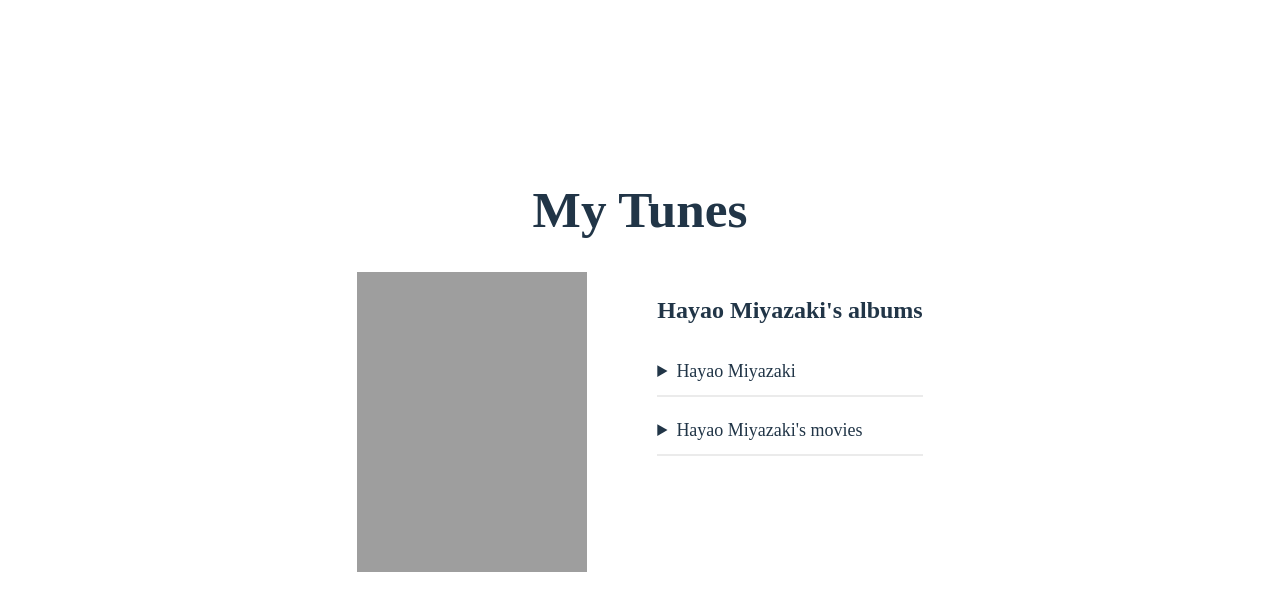
Repository: SamanthaYan298/my_app
Page: /
An editor plug-in stored every save of this project. The page is shown before and after the next save, followed by the edit.
The browser window is 1280 px wide. The pictures show the whole page.
Pictures or frames that could not be fetched are drawn as grey boxes. The project was rebuilt for these pictures with package versions that can differ from the ones it lists, and the page was loaded fresh each time. Also part of the build but not shown: vite.config.js.

Above is the page before, as saved 2024-09-14 14:57:30.

### src/App.jsx
import './App.css';

function App() {

  return (
    <>
      <div className='title'>
        <h1>My Tunes</h1>
        <div className="all">
        <div className='photo'>
          <img src="https://www.hollywoodreporter.com/wp-content/uploads/2013/09/hayao_miyazaki_-_h_-_2013.jpg?w=1024" alt="Hayao Miyazaki" height={300} width={230}/>
        </div>
        <div>
          <h2>Hayao Miyazaki's albums</h2>
          <details className='categories'>
            <summary>Hayao Miyazaki</summary>
            <ol>
              <li>Japanese animator</li>
              <li>Filmmaker</li>
              <li>Manga artist</li>
              <li>A founder of Studio Ghibli</li>
              <li>Oscar awards: 89 wins & 62 nominations</li>
            </ol>
          </details>
          <details className='categories'>
            <summary className='open'>Hayao Miyazaki's movies</summary>
            <ol>
              <li>Castle in the Sky</li>
              <li>Kiki's Delivery Service</li>
              <li>Howl's Moving Castle</li>
              <li>Princess Mononoke</li>
              <li>Spirited Away</li>
            </ol>
          </details>
        </div>
      </div>
      </div>
    </>
  )
}

export default App

### src/App.css
#root {
  margin: 0 auto;
  padding: 2rem;
  text-align: left;
  font-family: "PT Serif", serif;
  font-weight: 400;
  font-style: normal;;
}

.photo,
.all {
  display: flex;
  flex-direction: row;
  justify-content: space-between;
  gap: 70px;
  text-align: left;
}

.title {
  text-align: center;
}

.categories {
  padding: 10px 0;
  font-size: 18px;
}

.categories summary {
  border-bottom: 2px solid rgb(235, 235, 235);
  padding-bottom: 10px;
}

.categories[open] summary{
  padding: 10px;
  background-color: rgb(235, 235, 235);
}

Loaded but not shown: index.html (common file); src/main.jsx (common file); src/index.css (common file)

After the next save:
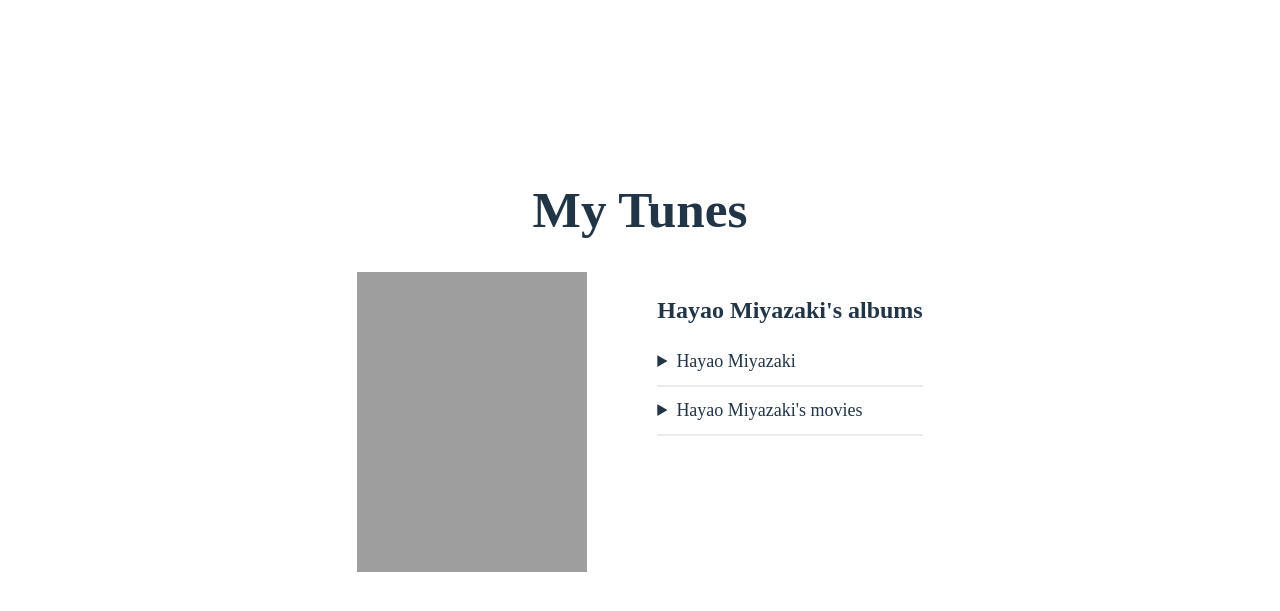
Saved 23 s later.
--- a/src/App.css
+++ b/src/App.css
@@ -21,7 +21,7 @@
 }
 
 .categories {
-  padding: 10px 0;
+  padding-bottom: 10px;
   font-size: 18px;
 }
 
